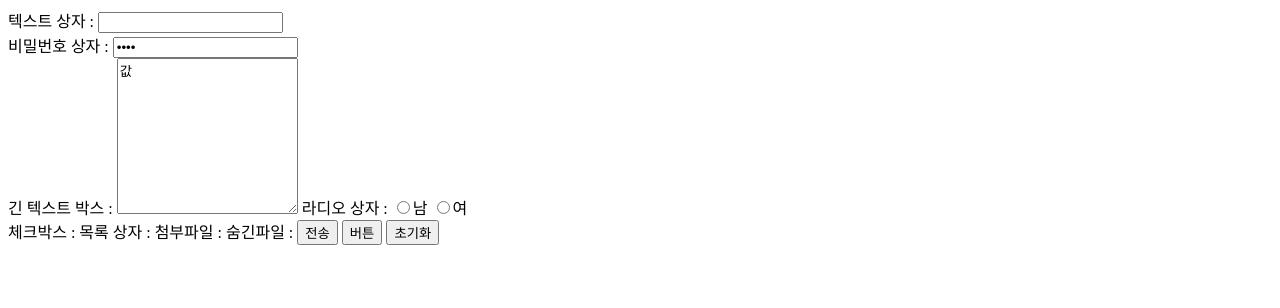
Repository: hololog/workspace_jsp1
Page: JspStudy/src/main/webapp/js1/Test12.html
The author's editor kept a copy of each file at every save. The page is drawn from the files as they stood at one save, then again after the next save.
The browser window is 1280 px wide. The pictures show the whole page.

Above is the page before, as saved 2021-12-09 07:06:33.

After the next save:
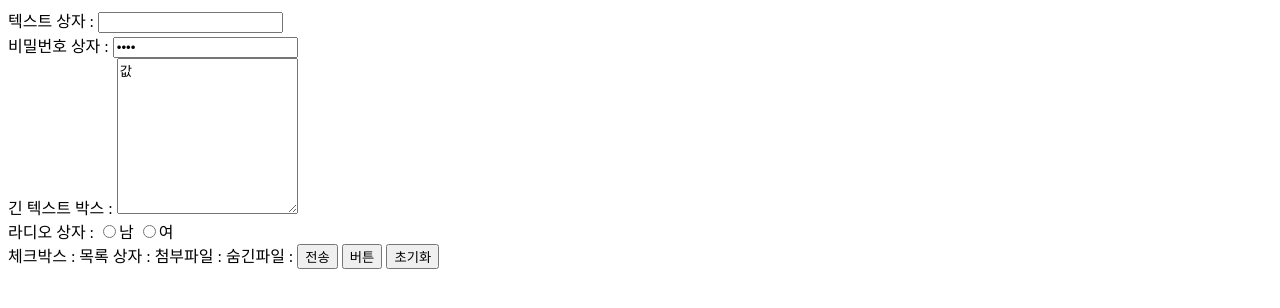
Saved 35 s later.
--- a/JspStudy/src/main/webapp/js1/Test12.html
+++ b/JspStudy/src/main/webapp/js1/Test12.html
@@ -12,7 +12,7 @@
 <!--  get은 주소줄에 정보가 보이게 -->
   텍스트 상자 : <input type="text" name="id"><br>
   비밀번호 상자 : <input type="password" name="pass" value="1234"><br>
-  긴 텍스트 박스 : <textarea rows="10" cols="20" name="ta">값</textarea>
+  긴 텍스트 박스 : <textarea rows="10" cols="20" name="ta">값</textarea><br>
   라디오 상자 : <input type="radio" name="ra" value="남">남
              <input type="radio" name="ra" value="여">여<br>
   체크박스 :
